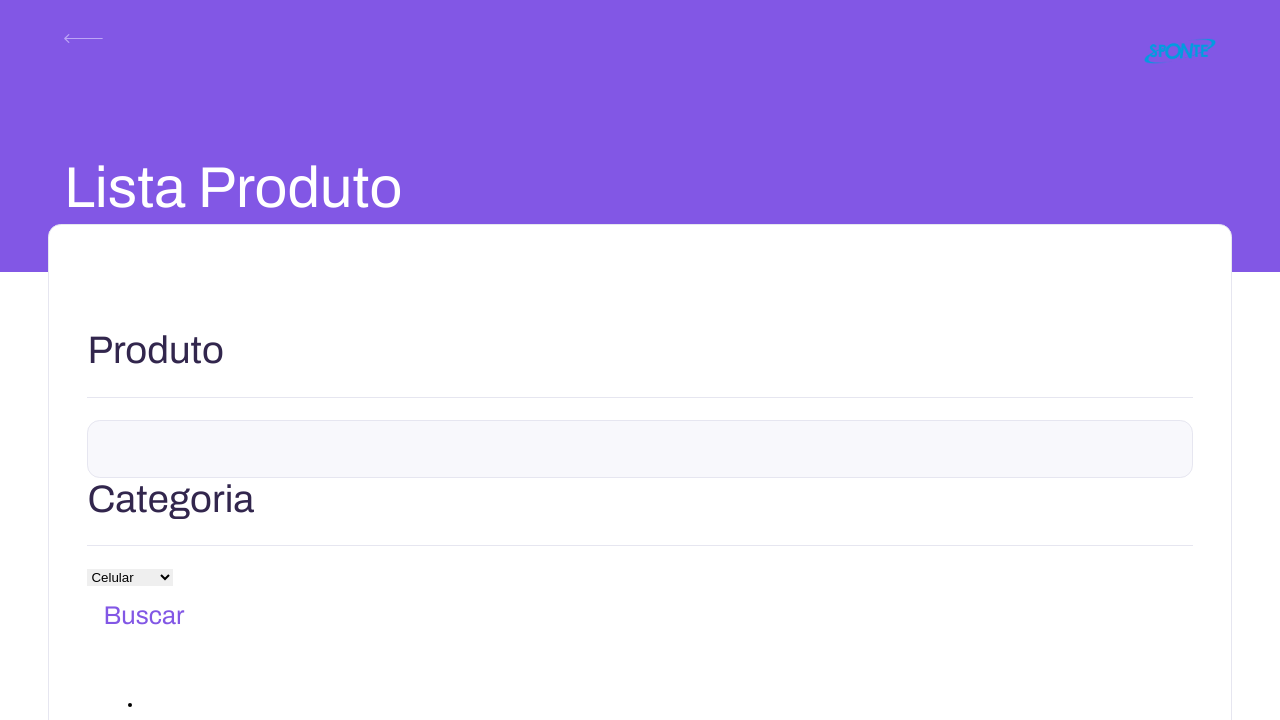
Repository: Henrique-Hoi-Dev/avalia-o-front-end
Page: /list (app in web/)
The author's editor kept a copy of each file at every save. The page is drawn from the files as they stood at one save, then again after the next save.
The browser window is 1280 px wide. The pictures show the whole page.
An inner scrolling area shows only its first screen. The project was rebuilt for these pictures with package versions that can differ from the ones it lists, and the page was loaded fresh each time. Also part of the build but not shown: web/src/pages/Home/styles.js, web/src/pages/Home/index.js, web/src/pages/RegistrationProduct/styles.js, web/src/components/HeaderRecord/styles.js, web/src/components/HeaderRecord/index.js, web/src/pages/RegistrationProduct/index.js.

Above is the page before, as saved 2020-09-01 20:40:52.

After the next save:
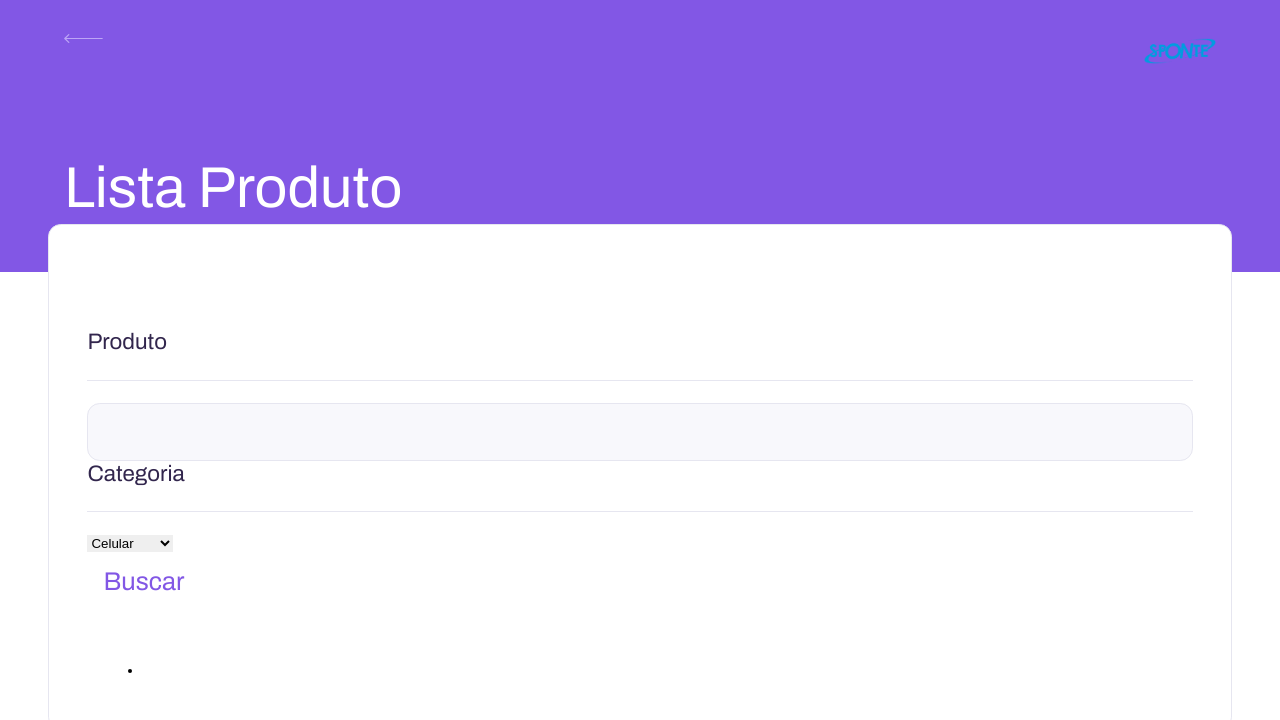
Saved 5 s later.
--- a/web/src/pages/ListProduct/styles.js
+++ b/web/src/pages/ListProduct/styles.js
@@ -46,7 +46,7 @@ export const Container = styled.div`
     }
   }
   .header-title label {
-    font: 700 2.4rem Archivo;
+    font: 700 1.4rem Archivo;
     color: var(--color-text-title);
     margin-bottom: 1.4rem;
     display: flex;
